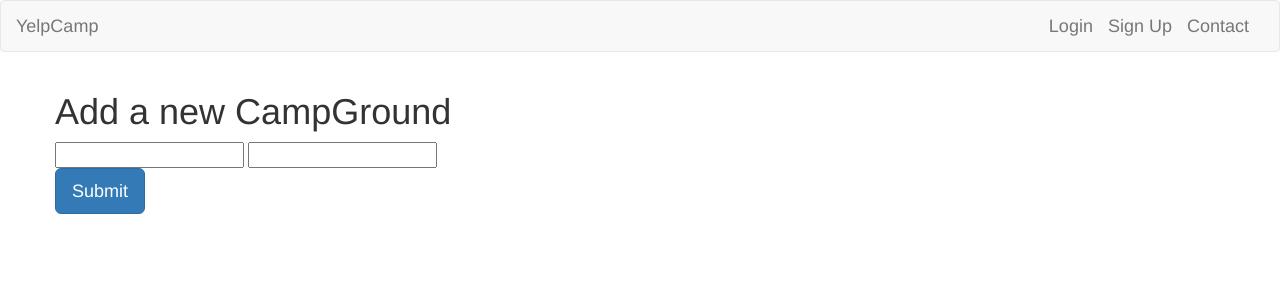
Repository: nittoorp/Web-Developement
Page: http://localhost/campground/new
The author's editor kept a record of every edit. The page is drawn from the files as they stood at one moment, then again after the next edit.
The browser window is 1280 px wide. The pictures show the whole page.
The page is served by the project's Node server (YelpCamp/v1/app.js).

Above is the page before.

### YelpCamp/v1/views/new.ejs
<%- include("partials/header") %>
<div class="container">
    <div class="row">
        <h1> Add a new CampGround</h1>
        <form action="/campground" method="post">
           <div>
                 <input type="text" name="name"/>
                 <input type="text" name="url"/>
           </div>
                 <input class="btn btn-primary btn-lg" type="submit" value="Submit"/>
        </form>
    </div>
 </div>
 <%- include("partials/footer") %>

### YelpCamp/v1/views/partials/header.ejs
<!DOCTYPE html>
<html>
    <head>

    </head>
   <link rel="stylesheet" href="https://maxcdn.bootstrapcdn.com/bootstrap/3.3.7/css/bootstrap.min.css" integrity="sha384-BVYiiSIFeK1dGmJRAkycuHAHRg32OmUcww7on3RYdg4Va+PmSTsz/K68vbdEjh4u" crossorigin="anonymous">
    <body>
        <nav class="navbar navbar-default">
            <div class="container-fluid">
                <div class="navbar-header">
                    <a class="navbar-brand" href="/">YelpCamp</a>
                </div>
                <div class="collapse navbar-collapse">
                    <ul class="nav navbar-nav navbar-right">
                        <li><a class="navbar-brand" href="/">Login</a></li>
                        <li><a class="navbar-brand" href="/">Sign Up</a></li>
                        <li><a class="navbar-brand" href="/">Contact</a></li>
                   </ul>
                </div>
            </div>
        </nav>

### YelpCamp/v1/views/partials/footer.ejs


  </body>
</html>

### YelpCamp/v1/app.js
var express = require("express");
var app = express();
var bodyParser = require('body-parser');
app.use(bodyParser.urlencoded({extended:true}));


var campgrounds =[
                        {
                            'name' : 'Tosh Valley 1',
                            'image':'https://www.photosforclass.com/download/pixabay-4756774?webUrl=https%3A%2F%2Fpixabay.com%2Fget%2F52e7d0454d55a814f6da8c7dda793f7f1636dfe2564c704c7d2f78d3974bc35a_960.jpg&user=worldvashemudomu'

                        },
                        {
                            'name' : 'Tosh Valley 2',
                            'image':'https://www.photosforclass.com/download/pixabay-1851092?webUrl=https%3A%2F%2Fpixabay.com%2Fget%2F57e8d0424a5bae14f6da8c7dda793f7f1636dfe2564c704c7d2f78d3974bc35a_960.jpg&user=Pexels'
                        },
                        {
                            'name' : 'Tosh Valley 3',
                            'image':'https://www.photosforclass.com/download/pixabay-4522970?webUrl=https%3A%2F%2Fpixabay.com%2Fget%2F52e5d7414355ac14f6da8c7dda793f7f1636dfe2564c704c7d2f78d3974bc35a_960.jpg&user=Ben_Frieden'
                        },
                        {
                            'name' : 'Tosh Valley 1',
                            'image':'https://www.photosforclass.com/download/pixabay-4756774?webUrl=https%3A%2F%2Fpixabay.com%2Fget%2F52e7d0454d55a814f6da8c7dda793f7f1636dfe2564c704c7d2f78d3974bc35a_960.jpg&user=worldvashemudomu'

                        },
                        {
                            'name' : 'Tosh Valley 2',
                            'image':'https://www.photosforclass.com/download/pixabay-1851092?webUrl=https%3A%2F%2Fpixabay.com%2Fget%2F57e8d0424a5bae14f6da8c7dda793f7f1636dfe2564c704c7d2f78d3974bc35a_960.jpg&user=Pexels'
                        },
                        {
                            'name' : 'Tosh Valley 3',
                            'image':'https://www.photosforclass.com/download/pixabay-4522970?webUrl=https%3A%2F%2Fpixabay.com%2Fget%2F52e5d7414355ac14f6da8c7dda793f7f1636dfe2564c704c7d2f78d3974bc35a_960.jpg&user=Ben_Frieden'
                        },
                        {
                            'name' : 'Tosh Valley 1',
                            'image':'https://www.photosforclass.com/download/pixabay-4756774?webUrl=https%3A%2F%2Fpixabay.com%2Fget%2F52e7d0454d55a814f6da8c7dda793f7f1636dfe2564c704c7d2f78d3974bc35a_960.jpg&user=worldvashemudomu'

                        },
                        {
                            'name' : 'Tosh Valley 2',
                            'image':'https://www.photosforclass.com/download/pixabay-1851092?webUrl=https%3A%2F%2Fpixabay.com%2Fget%2F57e8d0424a5bae14f6da8c7dda793f7f1636dfe2564c704c7d2f78d3974bc35a_960.jpg&user=Pexels'
                        },
                        {
                            'name' : 'Tosh Valley 3',
                            'image':'https://www.photosforclass.com/download/pixabay-4522970?webUrl=https%3A%2F%2Fpixabay.com%2Fget%2F52e5d7414355ac14f6da8c7dda793f7f1636dfe2564c704c7d2f78d3974bc35a_960.jpg&user=Ben_Frieden'
                        }


        ]

app.get("/",function(req,res){

    res.render('startPage.ejs');

})

app.get("/campground",function(req,res){


    res.render('campground.ejs', {campgrounds:campgrounds});

})

app.post("/campground",function(req,res){
    var newCamp ={
        'name':req.body.name,
        'image':req.body.url
    }
    campgrounds.push(newCamp);
    console.log("In the post methods");
    res.redirect("/campground");
})

app.get("/campground/new",function(req,res){


    res.render("new.ejs");

})

app.listen(process.env.PORT,process.env.IP,function(){

    console.log("The Yelp camp server has started!!");

})

After the next edit:
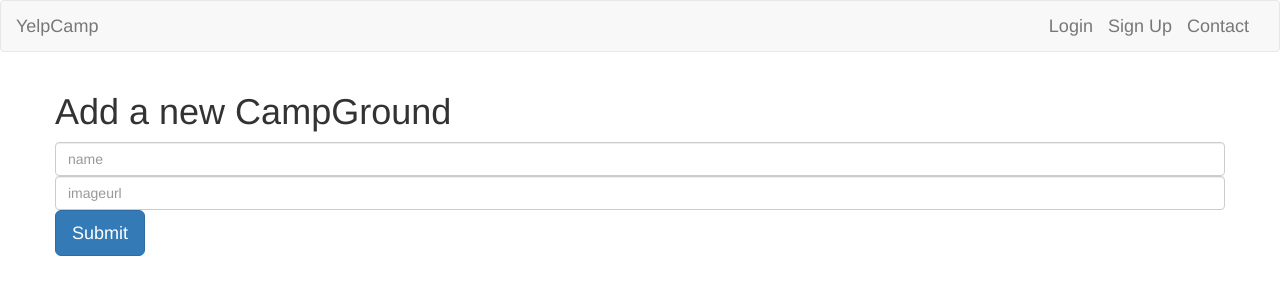
The edit:
--- a/YelpCamp/v1/views/new.ejs
+++ b/YelpCamp/v1/views/new.ejs
@@ -4,8 +4,8 @@
         <h1> Add a new CampGround</h1>
         <form action="/campground" method="post">
            <div>
-                 <input type="text" name="name"/>
-                 <input type="text" name="url"/>
+                 <input class="form-control" type="text" name="name" placeholder="name"/>
+                 <input class="form-control" type="text" name="url" placeholder="imageurl"/>
            </div>
                  <input class="btn btn-primary btn-lg" type="submit" value="Submit"/>
         </form>
